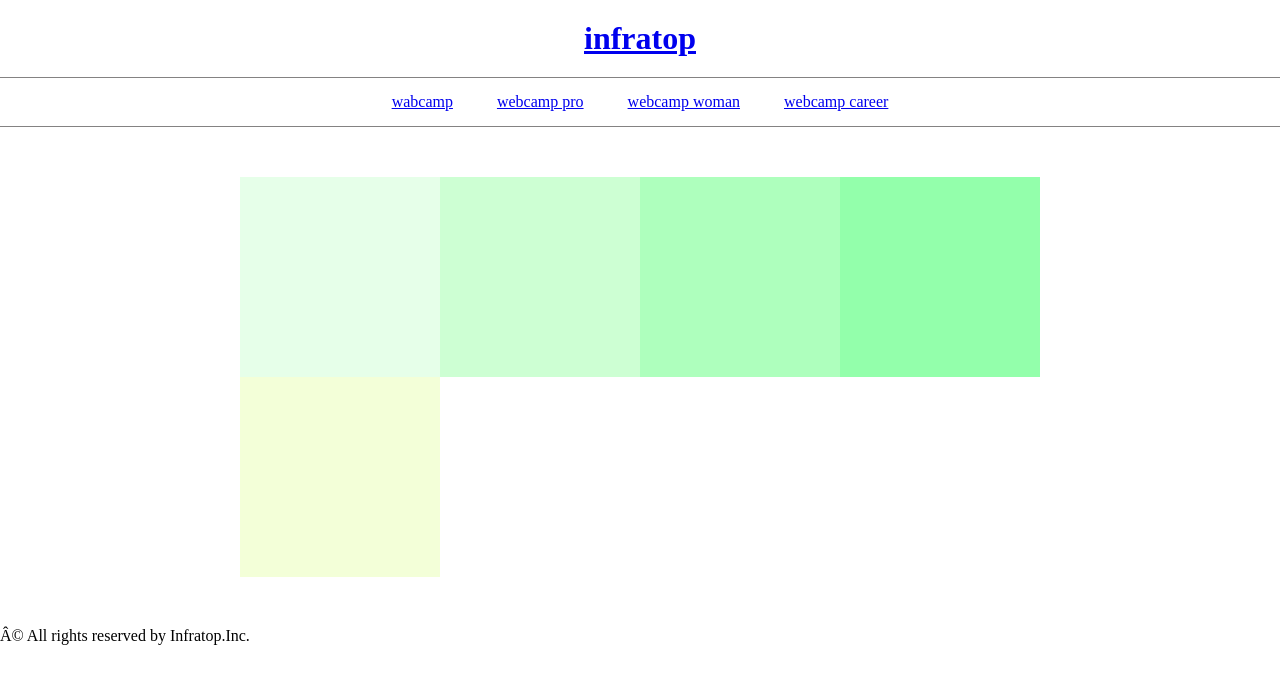
Repository: dsjanainoyo/html
Page: capter5.exercise/capter5.exercise.html
The author's editor kept a record of every edit. The page is drawn from the files as they stood at one moment, then again after the next edit.
The browser window is 1280 px wide. The pictures show the whole page.

Above is the page before.

### capter5.exercise/capter5.exercise.html
<!DOCTYPE html>
<html lang="ja">
  <head>
    <meta charset="UTF=8">
    <link rel="stylesheet" href="capter5.exercise.css">
    <title>CAPTER5</title>
  </head>

  <body>
    <header>
      <h1>
        <a href="capter5.exercise.html">
          infratop
        </a>
      </h1>
      </header>
    <nav>
      <ul class="nav-list">
        <li class="nav-list-item">
          <a href="capter5.exercise.htm">
          wabcamp
          </a>
        </li>
         <li class="nav-list-item">
         <a href="capter5.exercise.htm">
          webcamp pro
          </a>
        </li>
         <li class="nav-list-item">
          <a href="capter5.exercise.htm">
          webcamp woman
          </a>
          </li>
         <li class="nav-list-item">
          <a href="capter5.exercise.htm">
          webcamp career
          </a>
        </li>
     </ul>
    </nav>


    <main>
      <div class="box1"></div>
      <div class="box2"></div>
      <div class="box3"></div>
      <div class="box4"></div>
      <div class="box5"></div>
      <div class="box6"></div>
      <div class="box7"></div>
      <div class="box8"></div>
      <div class="box9"></div>
      <div class="box10"></div>
      <div class="box11"></div>
      <div class="box12"></div>
    </main>

    <footer>
      <div="footer-text">
        © All rights reserved by Infratop.Inc.
      </div>
    </footer>
  </body>

### capter5.exercise/capter5.exercise.css
*{
  margin:0;
  padding:0;
  box-sizing:border-box;
}

header{
  width:100%;
  margin:20px 0;
  text-align:center;
}

.nav-list{
  margin:0 auto;
  padding:15px 0;
  text-align:center;
  border-top:1px solid #848282;
  border-bottom:1px solid #848282;
}

.nav-list-item{
  list-style:none;
  margin:0 20px;
  display:inline-block;

}

main{
  width:800px;
  margin:50px auto;
  display:flex;
  flex-wrap:wrap;
}

.box1{
  width:200px;
  height:200px;
  background-color:#e6ffe9;
}

.box2{
  width:200px;
  height:200px;
  background-color:#cdffd3;
}

.box3{
  width:200px;
  height:200px;
  background-color:#aeffbd;
}

.box4{
  width:200px;
  height:200px;
  background-color:#93ffab;
}

.box5{
  width:200px;
  height:200px;
  background-color:#f3ffd8;
}

.box6{
  width:200px;
  height:200px;
  background-color:;
}

.box1{
  width:200px;
  height:200px;
  background-color:;
}

.box1{
  width:200px;
  height:200px;
  background-color:;
}

.box1{
  width:200px;
  height:200px;
  background-color:;
}

.box1{
  width:200px;
  height:200px;
  background-color:;
}

.box1{
  width:200px;
  height:200px;
  background-color:;
}

.box1{
  width:200px;
  height:200px;
  background-color:;
}

After the next edit:
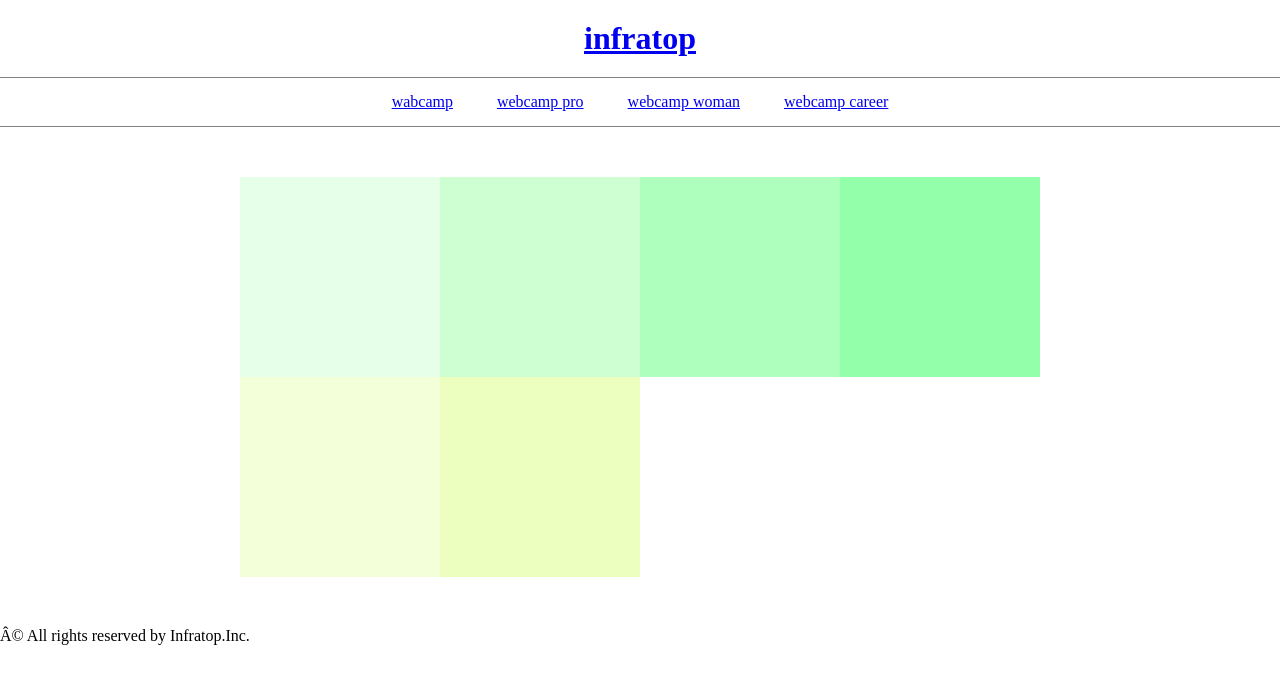
The edit:
--- a/capter5.exercise/capter5.exercise.css
+++ b/capter5.exercise/capter5.exercise.css
@@ -65,7 +65,7 @@
 .box6{
   width:200px;
   height:200px;
-  background-color:;
+  background-color:#edffbe;
 }
 
 .box1{
